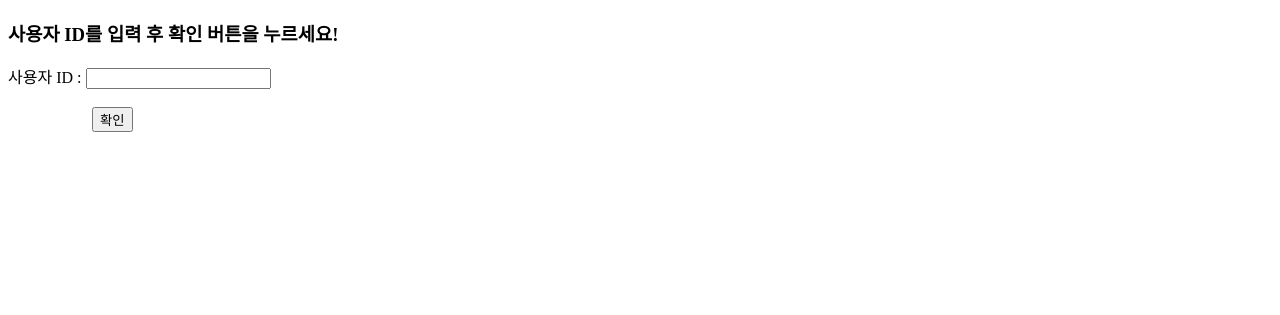
Repository: HyeogDo/Study_Java
Page: http://localhost/Quiz_06/purchaserDelete_01.jsp
The author's editor kept a copy of each file at every save. The page is drawn from the files as they stood at one save, then again after the next save.
The browser window is 1280 px wide. The pictures show the whole page.
The page is served by Tomcat 9.

Above is the page before, as saved 2022-03-22 07:52:16.

After the next save:
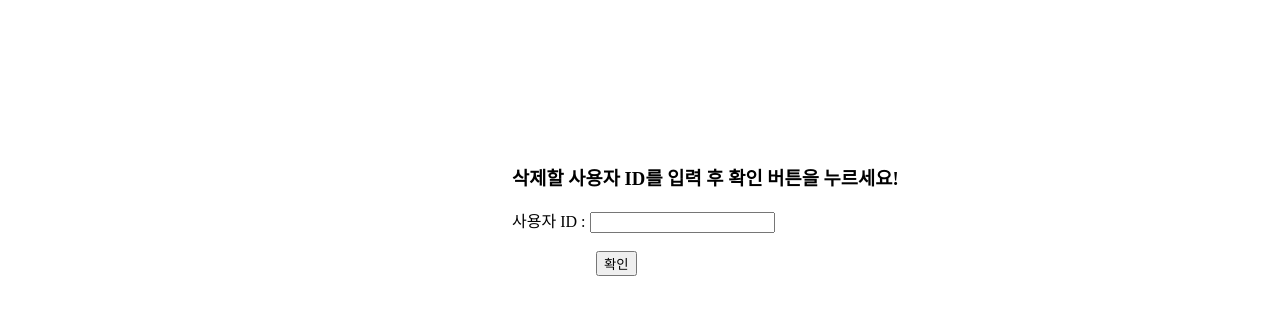
Saved 17 s later.
--- a/Servlets/Quiz_06/src/main/webapp/purchaserDelete_01.jsp
+++ b/Servlets/Quiz_06/src/main/webapp/purchaserDelete_01.jsp
@@ -7,13 +7,15 @@
 		<title>Insert title here</title>
 	</head>
 	<body>
-		<h3><b>사용자 ID를 입력 후 확인 버튼을 누르세요!</b></h3>
-		<form action="purchaserUpdate_02.jsp" method="post">
+	<div style="position: absolute; left: 40%; top: 20%;">
+		<h3><b>삭제할 사용자 ID를 입력 후 확인 버튼을 누르세요!</b></h3>
+		<form action="purchaserDelete_02.jsp" method="post">
 			사용자 ID : <input type="text" name="userid">
 			<br>
 			<br>
 			&emsp;&emsp;&emsp;&emsp;&emsp;
 			<input type="submit" value="확인">
 		</form>
+	</div>
 	</body>
 </html>
